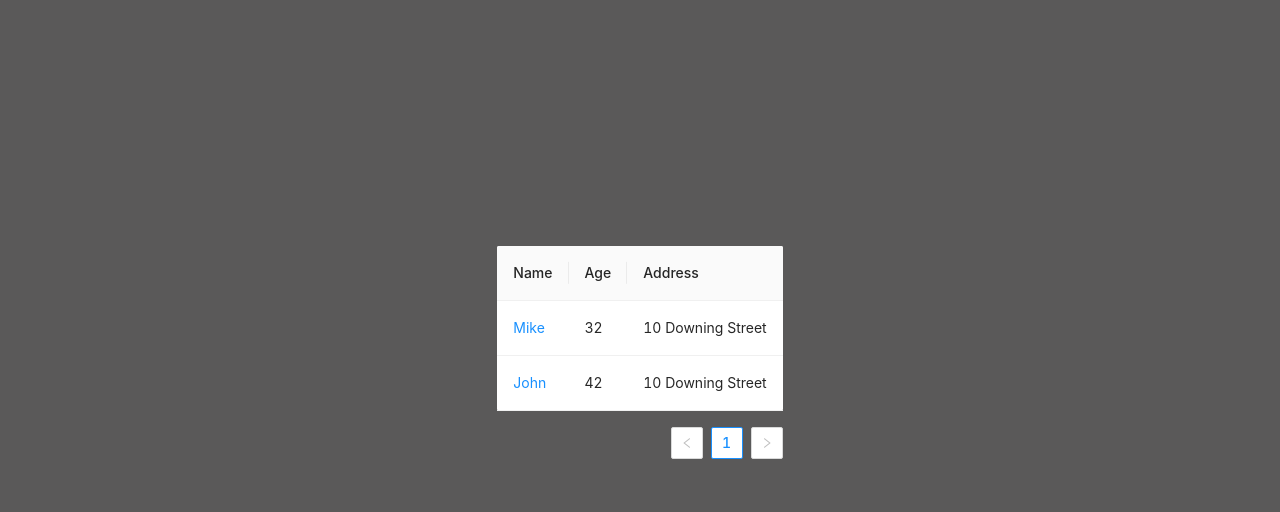
Repository: tiendungjr123/ant-design
Page: /
An editor plug-in stored every save of this project. The page is shown before and after the next save, followed by the edit.
The browser window is 1280 px wide. The pictures show the whole page.
The project was rebuilt for these pictures with package versions that can differ from the ones it lists, and the page was loaded fresh each time. Also part of the build but not shown: src/components/AntButton.js, src/components/AntInput.js, src/components/AntSelect.js, src/components/AntForm.js.

Above is the page before, as saved 2022-09-27 16:45:31.

After the next save:
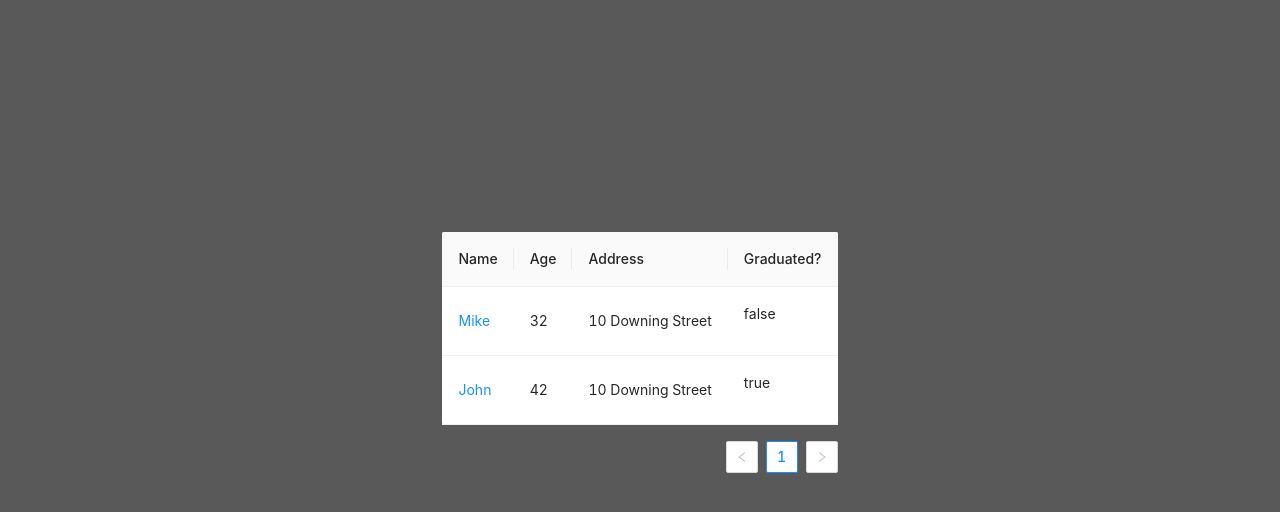
Saved 2 min 12 s later.
--- a/src/components/AntTable.js
+++ b/src/components/AntTable.js
@@ -36,6 +36,13 @@ export default function AntTable() {
       dataIndex: 'address',
       key: 'address',
     },
+    {
+      title:'Graduated?',
+      key:'graduated',
+      render: payload =>{
+        return <p>{payload.age>40?'true':'false'}</p>
+      }
+    }
   ];
 
   return (
